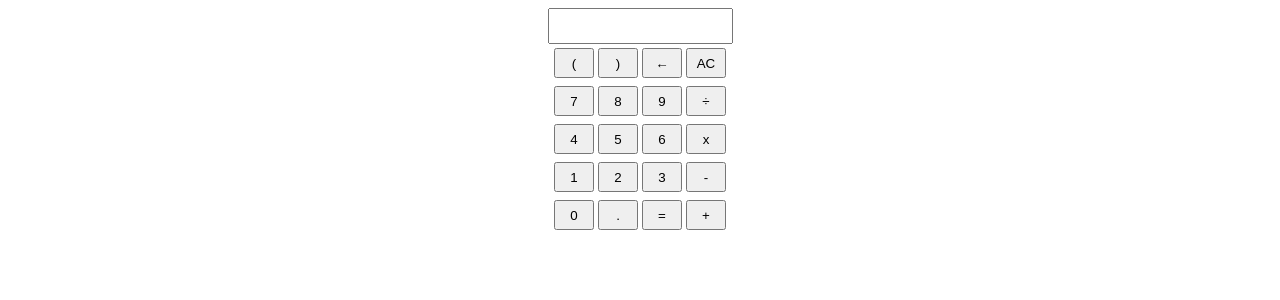
Repository: z1youRA/MyCalculator
Page: index.html
The author's editor kept a copy of each file at every save. The page is drawn from the files as they stood at one save, then again after the next save.
The browser window is 1280 px wide. The pictures show the whole page.

Above is the page before, as saved 2021-12-19 16:30:55.

### index.html
<!DOCTYPE html>
<html lang="en">
<head>
    <meta charset="UTF-8">
    <meta http-equiv="X-UA-Compatible" content="IE=edge">
    <meta name="viewport" content="width=device-width, initial-scale=1.0">
    <title>Document</title>
    <link rel='stylesheet' href='./css/styles.css'>
</head>
<body>
    <div class='container'>
        <input type='text'>
        <div class='buttons'>
            <div class='first-row row'>
                <button class='ope'>(</button>
                <button class='ope'>)</button>
                <button>←</button>
                <button class='clear'>AC</button>
            </div>
            <div class='second-row row'>
                <button class='num'>7</button>
                <button class='num'>8</button>
                <button class='num'>9</button>
                <button class='ope'>÷</button>
            </div>
            <div class='third-row row'>
                <button class='num'>4</button>
                <button class='num'>5</button>
                <button class='num'>6</button>
                <button class='ope'>x</button>
            </div>
            <div class='fourth-row row'>
                <button class='num'>1</button>
                <button class='num'>2</button>
                <button class='num'>3</button>
                <button class='ope'>-</button>
            </div>
            <div class='fifth-row row'>
                <button class='num'>0</button>
                <button class='num'>.</button>
                <button class='calcu'>=</button>
                <button class='ope'>+</button>
            </div>
        </div>
    </div>

</body>
<script src='script.js'>
</script>
</html>

### css/styles.css
.container {
    display: flex;
    align-items: center;
    justify-content: center;
    flex-direction: column;
}

input {
    height: 30px;
}

.buttons {
    display: flex;
    flex-direction: column;
    align-items: center;
}

.row {
    margin:4px 2px;
}


button {
    height: 30px;
    width: 40px;
}

### script.js
function add(num1, num2) {
    return +num1 + +num2;
}

function subtract(num1, num2) {
    return +num1 - +num2;
}

function multiply(num1, num2) {
    return +num1 * +num2;
}

function divide(num1, num2) {
    return +num1 / +num2;
}

function operate() {
    if(operator === '+') {
        result = add(num1, num2);
    }
    if(operator === '-') {
        result = subtract(num1, num2);
    }
    if(operator === '*'|| operator === 'x') {
        result = multiply(num1, num2);
    }
    if(operator === '/'|| operator === '÷') {
        if(num2 == 0) {
            clear()
            input.value = 'ERROR';
            return;
        }
        result = divide(num1, num2);
    }
    input.value = Math.round(result * 100000) / 100000;

}

function clear() {
    input.value = '';
    num1 = '';
    num2 = '';
    operator = '';
    result = '';
    flag = 0;
    pointFlag = 0;
}

function inputNum() {
    if(flag === 1 && num2 === '') { //clear the screen when input the second operand.
        input.value = '';
    }
    const number = this.textContent;
    if(number === '.') {
        if(pointFlag === 1) {
            return;
        }
        pointFlag = 1;
    }
    input.value += number;
    if(flag === 0) {
        num1 += number;
    }
    else
        num2 += number;
}

function inputOperator() {
    if(num1 !== '' && num2 !== '' && operator !== '') { //if user didn't press the = button each time.
        operate();
    }
    if(result != '') { //for a second successive operation
        num1 = result;
        num2 = '';
    }
    operator = this.textContent;
    flag = 1;
    pointFlag = 0;
}

let flag = 0; //if num1 exists flag == 1
let num1 = '';
let num2 = '';
let operator = '';
let result = '';
let pointFlag = 0;
const input = document.querySelector('input');
const nums = document.querySelectorAll('button.num'); //select all buttons representing numbers
const operators = document.querySelectorAll('button.ope');
const calcu = document.querySelector('.calcu');
const clr = document.querySelector('.clear');


clr.addEventListener('click', clear);
calcu.addEventListener('click', operate);
nums.forEach(num => {
    num.addEventListener('click', inputNum)
})

operators.forEach(ope => {
    ope.addEventListener('click', inputOperator);
})

After the next save:
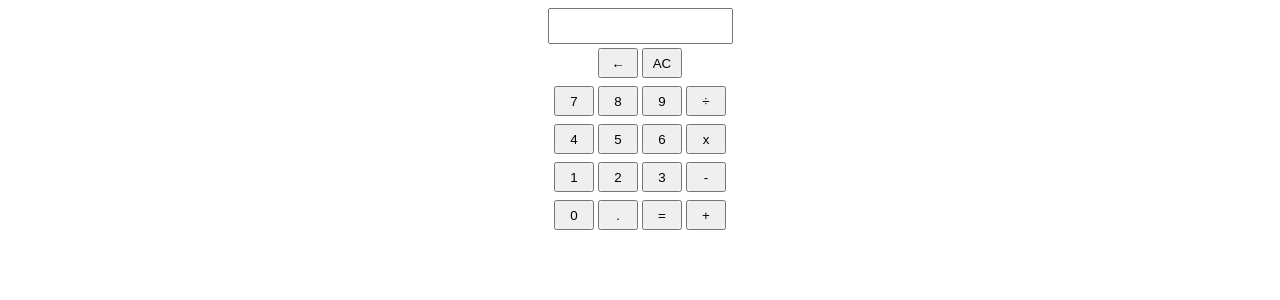
Saved 103 s later.
--- a/index.html
+++ b/index.html
@@ -12,8 +12,6 @@
         <input type='text'>
         <div class='buttons'>
             <div class='first-row row'>
-                <button class='ope'>(</button>
-                <button class='ope'>)</button>
                 <button>←</button>
                 <button class='clear'>AC</button>
             </div>
@@ -37,7 +35,7 @@
             </div>
             <div class='fifth-row row'>
                 <button class='num'>0</button>
-                <button class='num'>.</button>
+                <button class='num point'>.</button>
                 <button class='calcu'>=</button>
                 <button class='ope'>+</button>
             </div>
